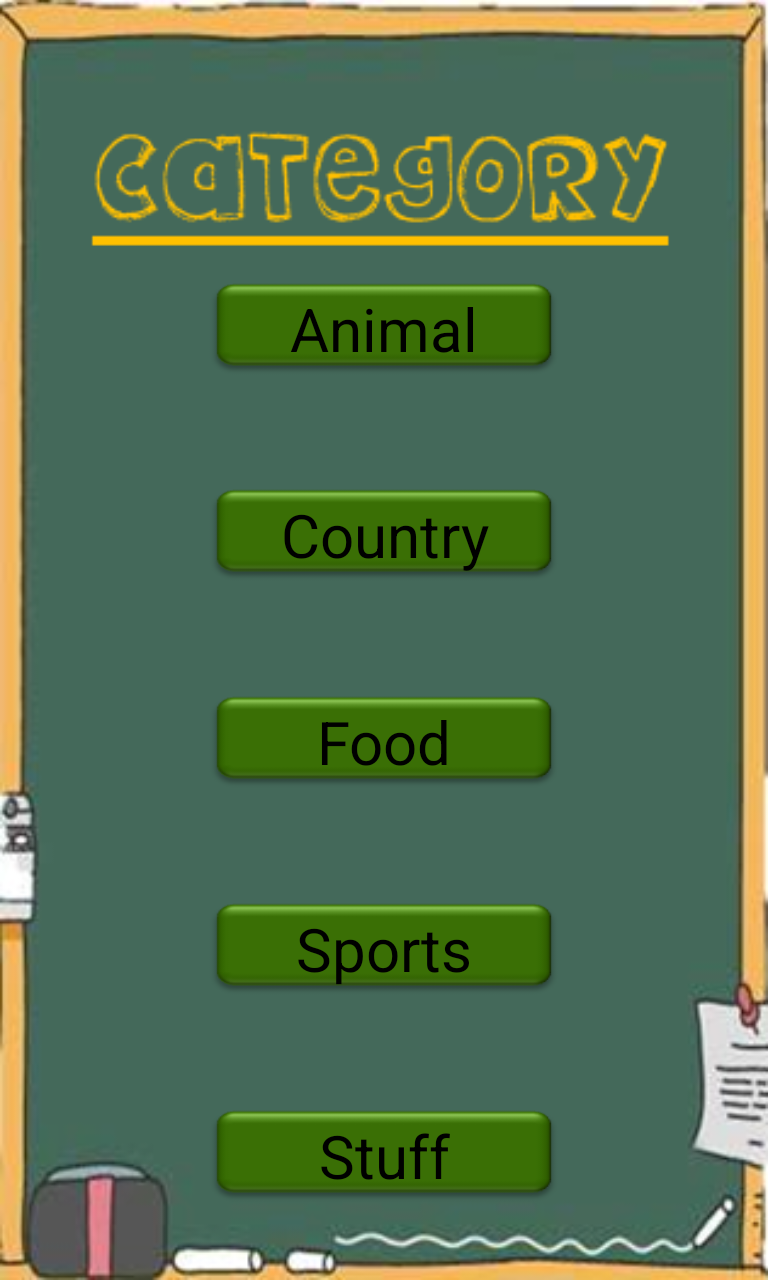
Repository: aster9725/HK-CityU-SummerExchange
Layout: WordQuiz/res/layout/activity_category.xml
The author's editor kept a copy of each file at every save. The layout is drawn from the files as they stood at one save, then again after the next save.
It is drawn on a 768 x 1280 px phone screen (xhdpi) without system bars, with theme android:Theme.NoTitleBar; the app's code is not run.

Above is the layout before, as saved 2014-07-24 10:21:05.

After the next save:
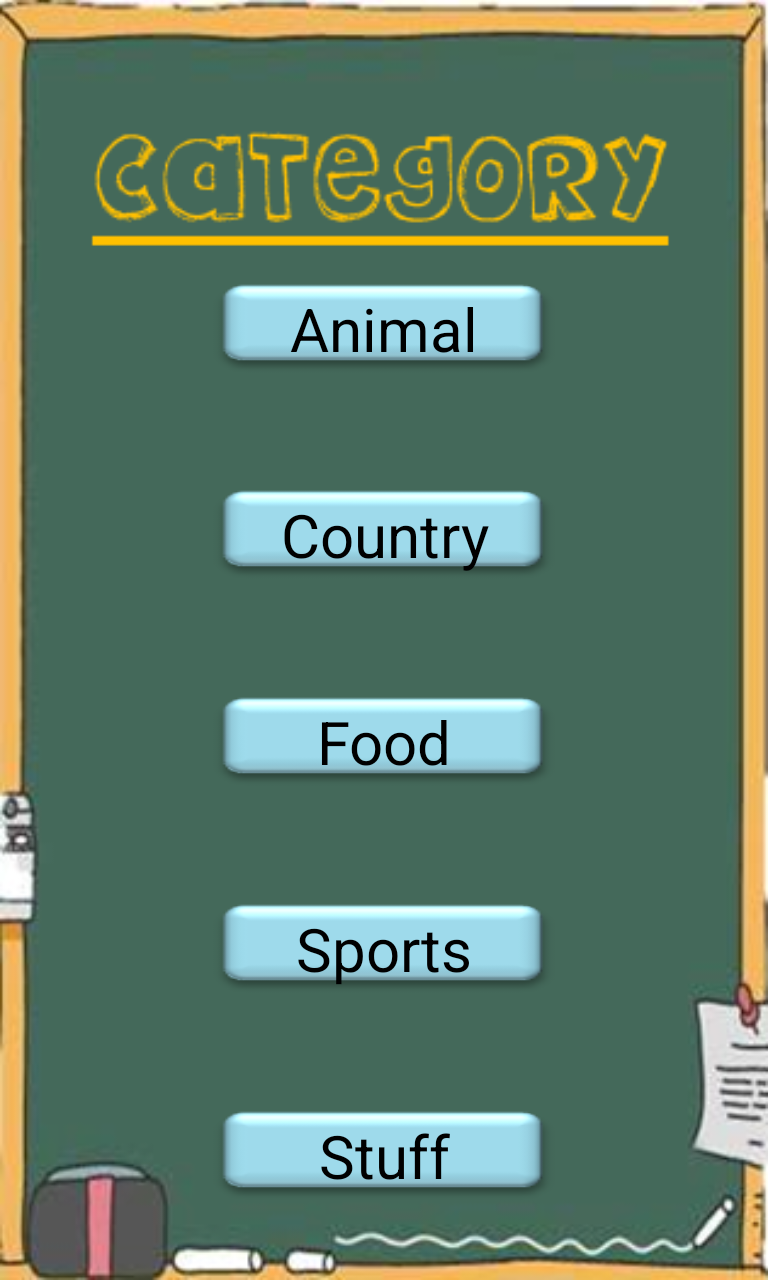
Saved 70 s later.
--- a/WordQuiz/res/layout/activity_category.xml
+++ b/WordQuiz/res/layout/activity_category.xml
@@ -31,7 +31,7 @@
             android:layout_height="50sp"
             android:text="Animal"
             android:textSize="30sp"
-            android:background="@drawable/res_greenbtn" />
+            android:background="@drawable/res_bluebtn" />
     </LinearLayout>
 
     <LinearLayout
@@ -47,7 +47,7 @@
             android:layout_height="50sp"
             android:text="Country"
             android:textSize="30sp"
-            android:background="@drawable/res_greenbtn" />
+            android:background="@drawable/res_bluebtn" />
     </LinearLayout>
 
     <LinearLayout
@@ -63,7 +63,7 @@
             android:layout_height="50sp"
             android:text="Food"
             android:textSize="30sp"
-            android:background="@drawable/res_greenbtn" />
+            android:background="@drawable/res_bluebtn" />
     </LinearLayout>
 
     <LinearLayout
@@ -79,7 +79,7 @@
             android:layout_height="50sp"
             android:text="Sports"
             android:textSize="30sp"
-            android:background="@drawable/res_greenbtn" />
+            android:background="@drawable/res_bluebtn" />
     </LinearLayout>
 
     <LinearLayout
@@ -95,7 +95,7 @@
             android:layout_height="50sp"
             android:text="Stuff"
             android:textSize="30sp"
-            android:background="@drawable/res_greenbtn" />
+            android:background="@drawable/res_bluebtn" />
     </LinearLayout>
 
 </LinearLayout>
